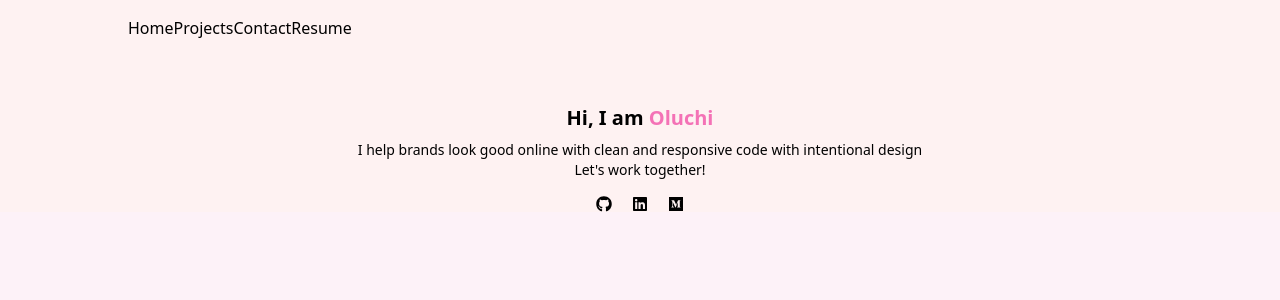
Repository: ooluchi/portfolio_
Page: / (app in my-react-app/)
The author's editor kept a copy of each file at every save. The page is drawn from the files as they stood at one save, then again after a run of saves.
The browser window is 1280 px wide. The pictures show the whole page.
The project was rebuilt for these pictures with package versions that can differ from the ones it lists, and the page was loaded fresh each time. Also part of the build but not shown: my-react-app/vite.config.ts.

Above is the page before, as saved 2025-11-20 18:09:28.

### my-react-app/src/index.css
@import url("https://fonts.googleapis.com/css2?family=Kumbh+Sans:wght@100;200;300;400;500;600;700;800;900&display=swap");
@tailwind base;
@tailwind components;
@tailwind utilities;

* {
    margin: 0;
    padding: 0;
    box-sizing: border-box;
  }

  body {
  @apply bg-pink-50   overflow-x-hidden;
}

### my-react-app/src/App.tsx

import './index.css'
import Home from './components/Home'
import NavBar from './components/NavBar'

export default function App() {

  return (
    <div className='bg-red-50'>
    <NavBar />
    <Home />
    </div>
  )
}

### my-react-app/src/components/Home.tsx
import { FaGithub, FaLinkedin, FaMedium } from "react-icons/fa";

import "../index.css";


export default function Home() {
  return (
    <div className="">

      <div className="text-center  ">
        <h1 className="font-semibold mt-12 text-xl">Hi, I am <span className="text-pink-400">Oluchi</span></h1>
        <div className="mt-2 text-sm">
          <p>I help brands look good online with clean and responsive code with intentional design </p>
          <p>Let's work together!</p>
        </div>

      </div>
      <div className="flex justify-center gap-5 mt-4">
        <a
          href="https://github.com/ooluchi"
          target="_blank"
          rel="noreferrer"
          aria-label="GitHub"
        >
          <FaGithub/>
        </a>
        <a
          href="https://github.com/ooluchi"
          target="_blank"
          rel="noreferrer"
          aria-label="LinkedIn"
        >
        <FaLinkedin />
        </a>

        <a
          href="https://medium.com/@ooluchiokoro"
          target="_blank"
          rel="noreferrer"
          aria-label="Medium"
        >
          <FaMedium />
        </a>

      </div>
    </div>
  )
}

### my-react-app/src/components/NavBar.tsx

import "../index.css";





export default function NavBar() {

  // const [isOpen, setIsOpen] = useState(false);

  return (
    <nav className="text-center">
      <div className="text-center py-4 ">
        <div className="">
          <div className="">

          </div>
          <div className="">
            <ul className={`flex flex-row ml-32 gap-`}>
              <li className=""><a href="#">Home</a></li>
              <li className=""><a href="#">Projects</a></li>
              <li className=""><a href="#">Contact</a></li>
              <li className=""><a href="#">Resume</a></li>
            </ul>
          </div>

        </div>


      </div>

    </nav>
  )
}

Loaded but not shown: my-react-app/index.html (common file); my-react-app/src/main.tsx (common file); my-react-app/tailwind.config.js (common file)

After the next 2 saves:
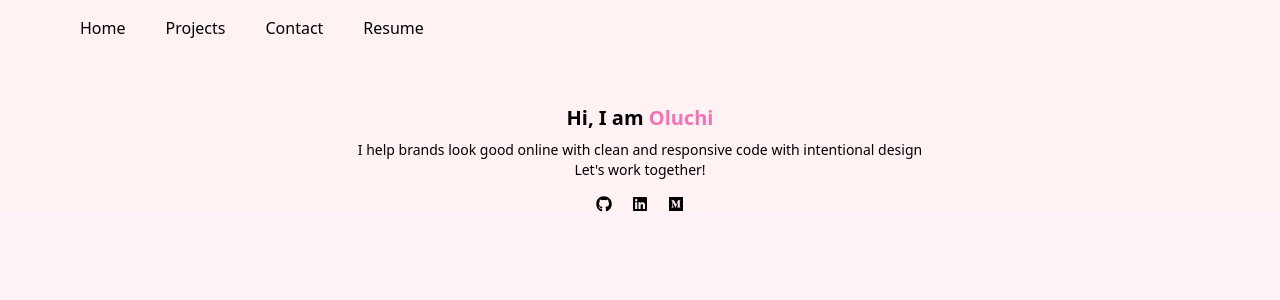
The 2 saves are shown as one change because they came seconds apart.
The last was saved 10 s later.
--- a/my-react-app/src/components/NavBar.tsx
+++ b/my-react-app/src/components/NavBar.tsx
@@ -17,7 +17,7 @@ export default function NavBar() {
 
           </div>
           <div className="">
-            <ul className={`flex flex-row ml-32 gap-`}>
+            <ul className={`flex flex-row ml-20 gap-10`}>
               <li className=""><a href="#">Home</a></li>
               <li className=""><a href="#">Projects</a></li>
               <li className=""><a href="#">Contact</a></li>
